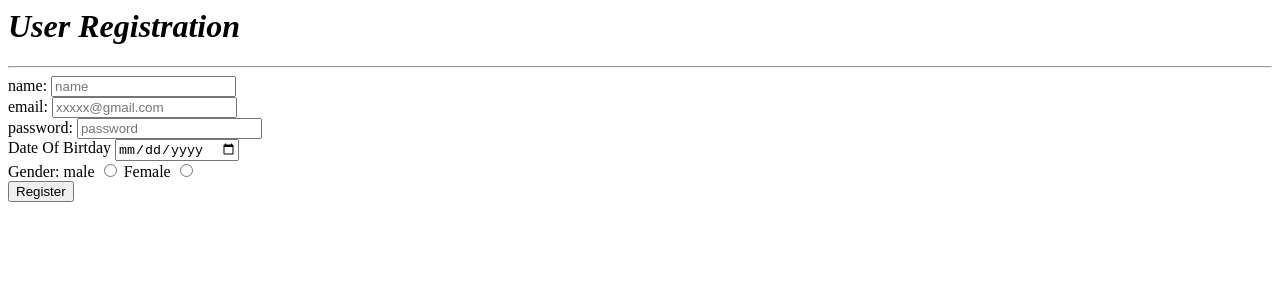
Repository: OrusuRatnamala/JAVA
Page: http://localhost/TrainWeb/registration.jsp
These files come from the project's save history. The page is drawn as it stood at one moment and after the next save; the edit follows.
The browser window is 1280 px wide. The pictures show the whole page.
The page is served by Tomcat 9.

Above is the page before, as saved 2023-10-11 02:50:58.

After the next save:
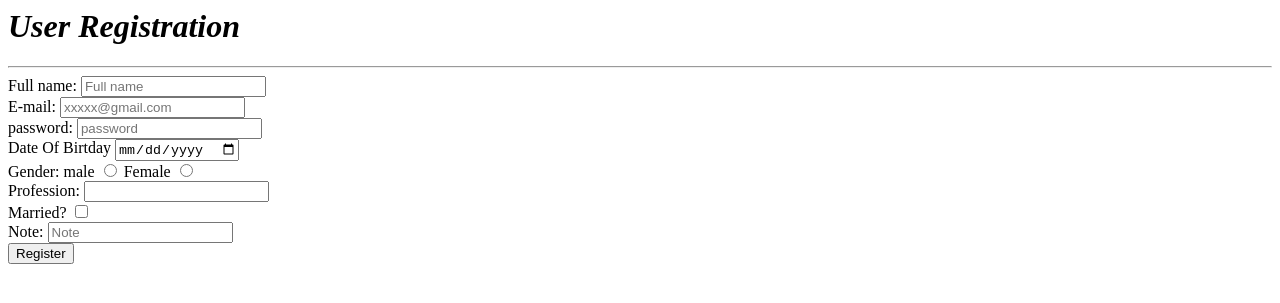
Saved 2 h 39 min later.
--- a/springdao/TrainWeb/src/main/webapp/registration.jsp
+++ b/springdao/TrainWeb/src/main/webapp/registration.jsp
@@ -7,17 +7,42 @@
 		<i>User Registration </i>
 	</h1>
 	<hr>
-	<form method="post" action="register">
-		<label class="1">name:</label> <input type="text" placeholder="name">
-		<br> <label>email:</label> <input type="text"
-			placeholder="xxxxx@gmail.com" id="Eid"> <br> <label>password:</label>
-		<input type="password" name="password" placeholder="password">
-		<br> <label for="Birtday">Date Of Birtday</label> <input
-			type="date" id="Birtday" value="Birtday"> <br> <label>Gender:</label>
-		<label>male</label> <input type="radio" name="gender" id="male">
-		<label>Female</label> <input type="radio" name="gender" id="female">
-		<br> <input type="submit" name="button" value="Register">
-		<br>
+	<form action="registration" method="post">
+	<label class="1">Full name:</label>
+	<input type="text" placeholder="Full name">
+	<br>
+	<label>E-mail:</label>
+	<input type="text" placeholder="xxxxx@gmail.com" id="Eid">
+	<br>
+	<label>password:</label>
+	<input type="password" name="password" placeholder="password">
+	<br>
+	<label for="Birtday">Date Of Birtday</label>
+	<input type="date" id="Birtday" value="Birtday">
+	<br>
+	<label>Gender:</label>
+	<label>male</label>
+	<input type="radio" name="gender" id="male">
+	<label>Female</label>
+	<input type="radio" name="gender" id="female">
+	<br>
+	<label>Profession:</label>
+	<input list="Profession">
+	<datalist id="Profession">
+		<option value="Developer">Developer</option>
+		<option value="Team Lead">Team Lead</option>
+		<option value="manager">manager</option>
+	</datalist>
+	<br>
+	<label>Married?</label>
+	<input type="checkbox">
+	<br>
+	<label>Note:</label>
+	<input type="text" placeholder="Note">
+	<br>
+	<input type="submit" name="button" value="Register">
+	<br>
+	<br>
 	</form>
 </body>
 </html>
